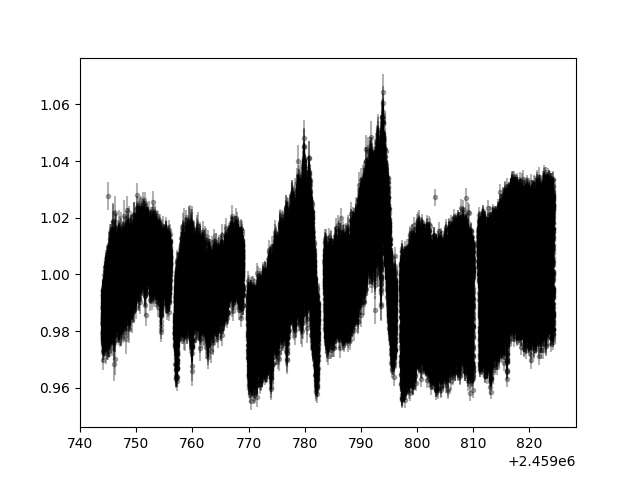
Repository: BoiseStatePlanetary/HAT-P-37-Transit-Timing-Analysis
Script's output: python code/tess_fitting.py
An editor plug-in stored every save of this project. The script's output is shown before and after a run of saves, followed by the edit.
Random numbers start from a fixed seed.

Above is the script's output before, as saved 2025-04-04 17:52:46.

After the next 3 saves:
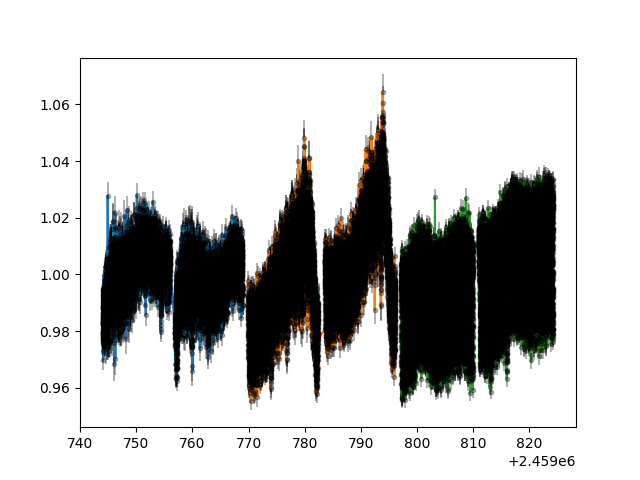
The 3 saves are shown as one change because they came seconds apart.
The last was saved 19 s later.
--- a/code/tess_fitting.py
+++ b/code/tess_fitting.py
@@ -23,7 +23,7 @@ def plot_data(file_name):
     sector = file_split[-1]
     plt.errorbar(photdata["BJD_TDB"], photdata["flux"], yerr=photdata["error"], color='k', marker='.', ls='none', alpha=0.3,
                  label=f"{planet_name} {sector}")
-    plt.plot()
+    plt.plot(photdata["BJD_TDB"], photdata["flux"], label=f"")
 
 
 if __name__ == "__main__":
